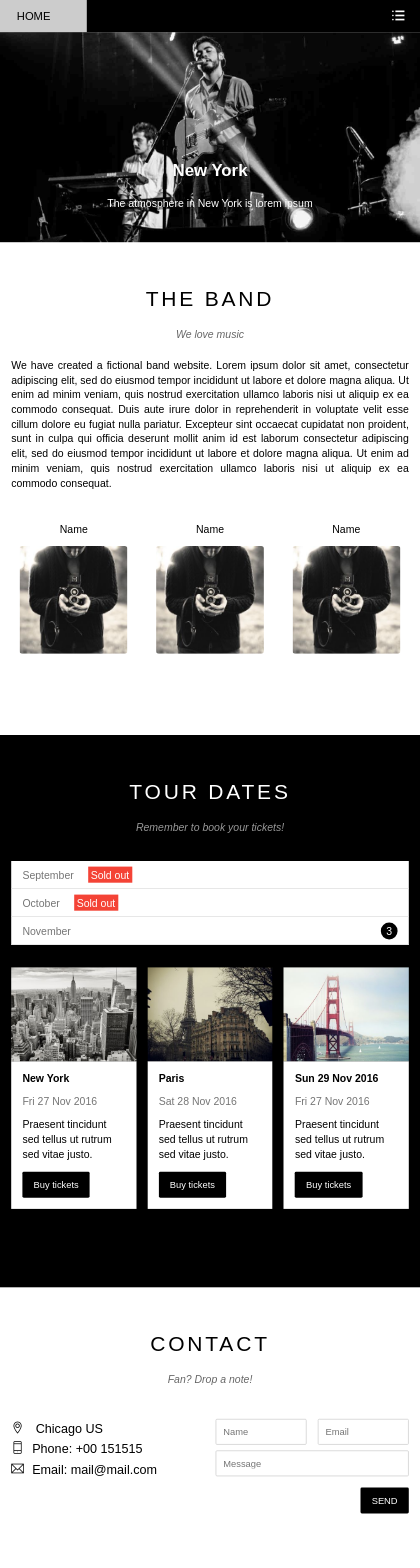
Repository: Phunobita/The-band-w3school
Page: index.html
An editor plug-in stored every save of this project. The page is shown before and after the next save, followed by the edit.
The browser window is 600 px wide. The pictures show the part of the page from y = 0 to 2240 px (the page is 2805 px tall), at 70% of full size.

Above is the page before, as saved 2021-12-03 22:18:39.

After the next save:
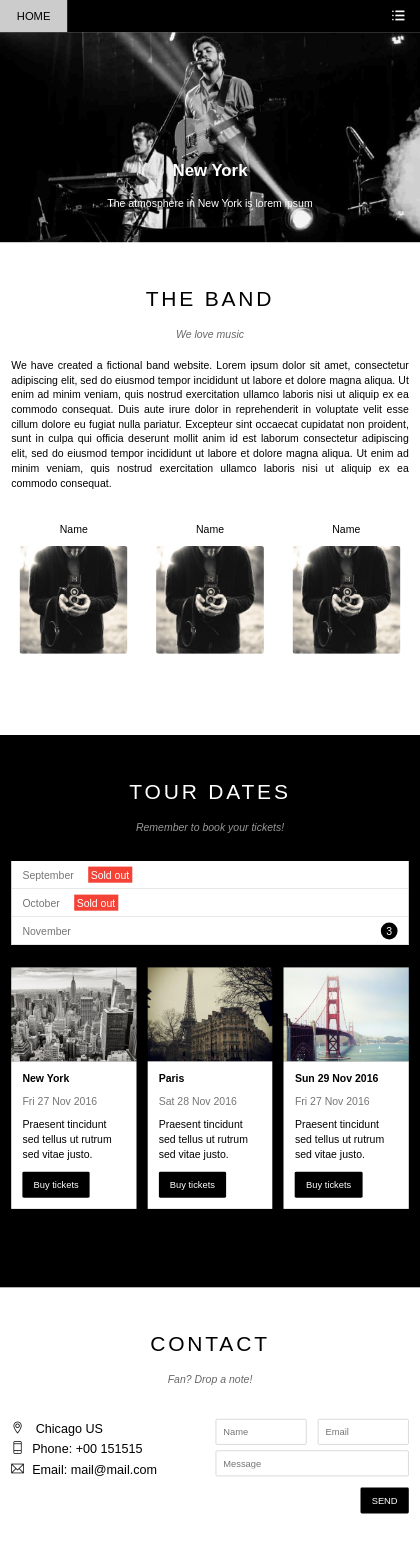
Saved 14 s later.
--- a/assets/css/responsive.css
+++ b/assets/css/responsive.css
@@ -11,7 +11,7 @@
   #nav {
     display: block;
   }
-  #nav:first-child {
+  #nav > li:first-child {
     display: inline-block;
   }
   #header .mobile-menu-btn {
